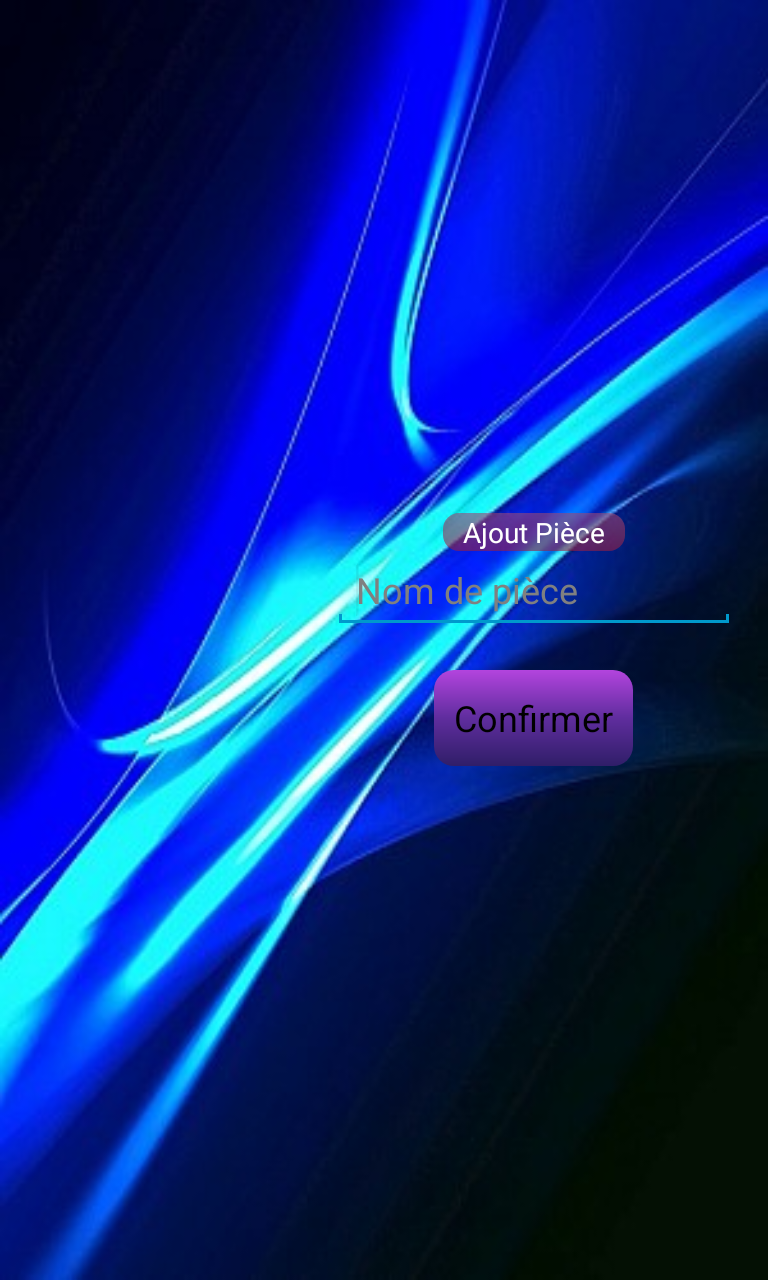
Repository: chedisaad/chedi
Layout: Dev/Android/DOMOTIQUE/Domotique/res/layout/activity_lights.xml
These files come from the project's save history. The layout is drawn as it stood at one moment and after the next save; the edit follows.
It is drawn on a 768 x 1280 px phone screen (xhdpi) without system bars, with theme AppTheme; the app's code is not run. Lists and similar views that code fills are empty.

Above is the layout before, as saved 2014-04-01 16:49:31.

After the next save:
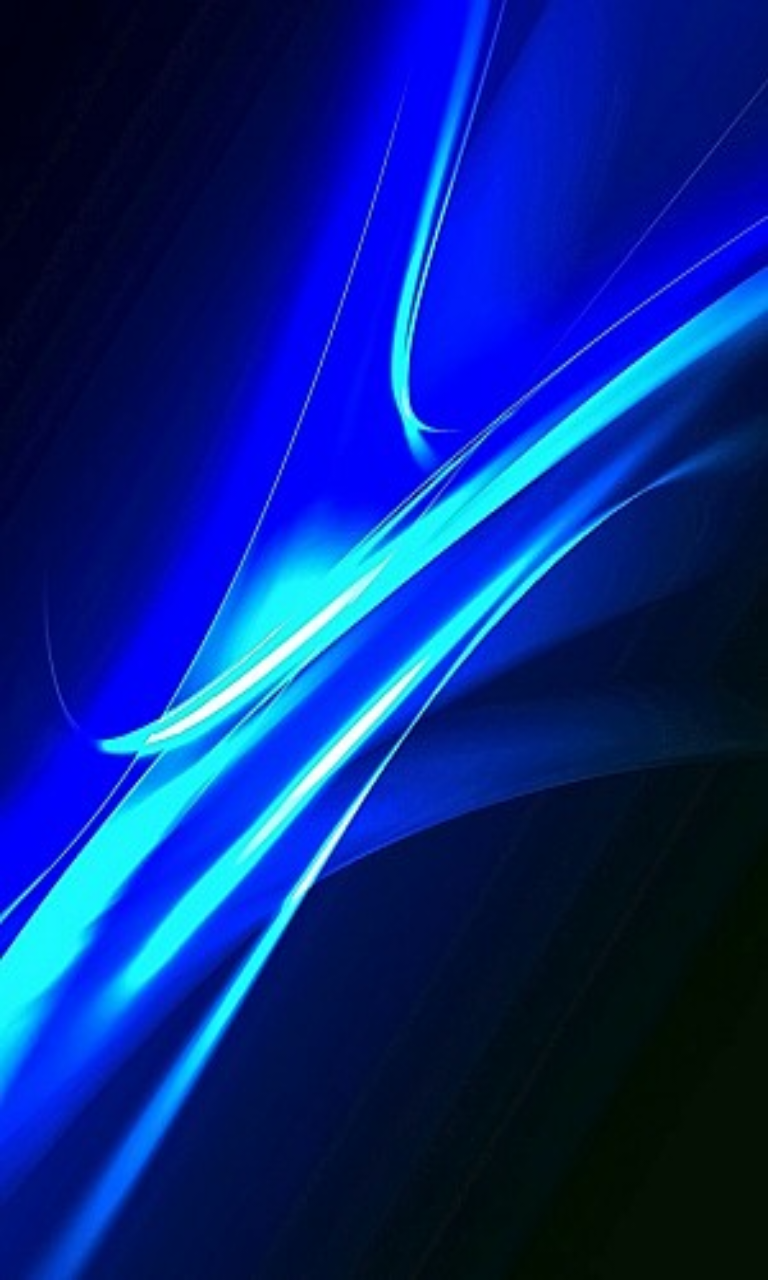
Saved 5 min 37 s later.
--- a/Dev/Android/DOMOTIQUE/Domotique/res/layout/activity_lights.xml
+++ b/Dev/Android/DOMOTIQUE/Domotique/res/layout/activity_lights.xml
@@ -26,35 +26,6 @@
             android:gravity="center_horizontal|center_vertical"
             android:orientation="vertical" >
 
-            <TextView
-                android:id="@+id/textView1"
-                android:layout_width="wrap_content"
-                android:layout_height="wrap_content"
-                android:background="@drawable/gradient_br"
-                android:paddingLeft="10dp"
-                android:paddingRight="10dp"
-                android:text="Ajout Pièce"
-                android:textColor="#fff" />
-
-            <EditText
-                android:id="@+id/editText1"
-                android:layout_width="match_parent"
-                android:layout_height="wrap_content"
-                android:hint="Nom de pièce" >
-
-                <requestFocus />
-            </EditText>
-
-            <Button
-                android:id="@+id/button1"
-                android:layout_width="wrap_content"
-                android:layout_height="wrap_content"
-                android:layout_marginTop="20dp"
-                android:background="@drawable/gradient_bm"
-                android:paddingLeft="10dp"
-                android:paddingRight="10dp"
-                android:text="Confirmer" />
-
         </LinearLayout>
 
     </LinearLayout>
